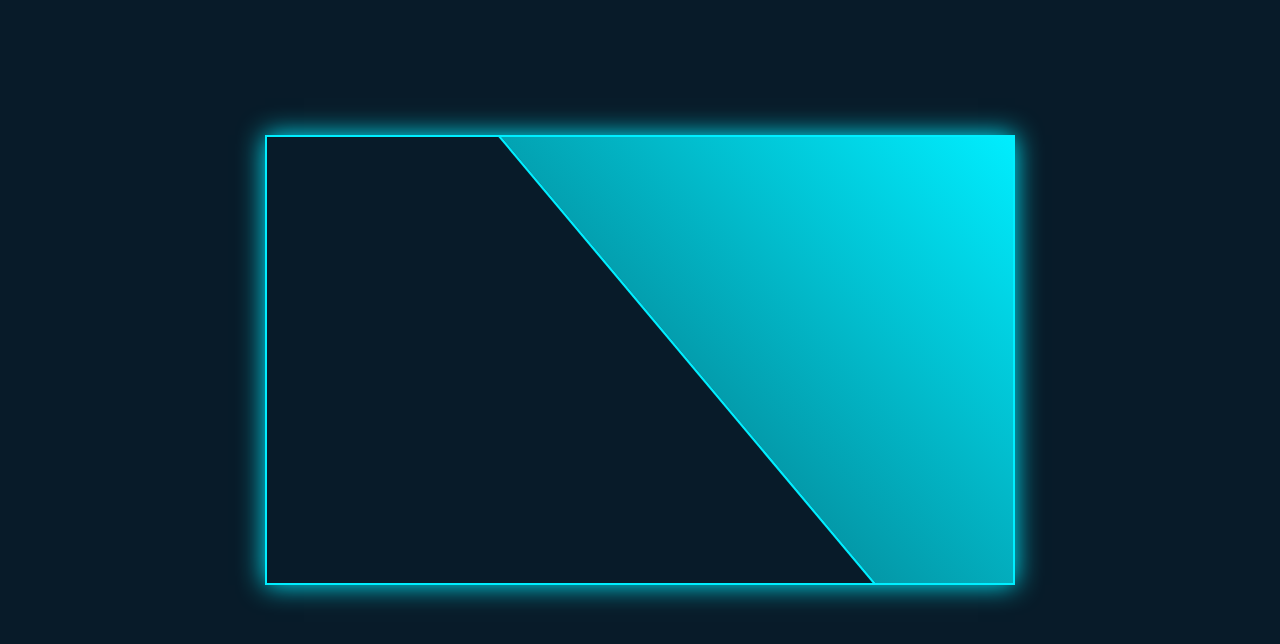
Repository: swastikjhacoder/Login-Registration-HTML
Page: index.html
An editor plug-in stored every save of this project. The page is shown before and after a run of saves, followed by the edit.
The browser window is 1280 px wide. The pictures show the whole page.

Above is the page before, as saved 2023-09-18 15:54:02.
Not found: js/toastify.js

### index.html
<!DOCTYPE html>
<html lang="en">
  <head>
    <meta charset="UTF-8" />
    <meta http-equiv="X-UA-Compatible" content="IE=edge" />
    <meta name="viewport" content="width=device-width, initial-scale=1.0" />
    <title>Login</title>
    <link rel="shortcut icon" href="./images/favicon.png" />
    <link rel="stylesheet" href="style.css" />
    <link href='https://unpkg.com/boxicons@2.1.4/css/boxicons.min.css' rel='stylesheet'>
    <script src="./js/toastify.js"></script>
  </head>
  <body>
    <div class="wrapper">
        <span class="bg-animate1"></span>
        <span class="bg-animate2"></span>
        <div class="form-box login">
            <h2>Login</h2>
            <form action="#">
                <div class="input-box">
                    <input type="text" required/>
                    <label>Username</label>
                    <i class='bx bxs-user'></i>
                </div>
                <div class="input-box">
                    <input type="password" required/>
                    <label>Password</label>
                    <i class='bx bxs-lock-alt' ></i>
                </div>
                <button type="submit" class="btn">Login</button>
                <div class="logreg-link">
                    <p>Don't have an account? <a href="#" class="register-link">Sign Up</a></p>
                </div>
            </form>
        </div>
        <div class="info-text login">
            <h2>Welcome Back!</h2>
            <p>Lorem ipsum dolor sit amet consectetur adipisicing elit. Veritatis, itaque.</p>
        </div>
    </div>

  </body>
</html>

### style.css
@import url('https://fonts.googleapis.com/css2?family=Poppins:ital,wght@0,100;0,200;0,300;0,400;0,500;0,600;0,700;0,800;0,900;1,400&display=swap');

* {
    margin: 0;
    padding: 0;
    box-sizing: border-box;
    font-family: 'Poppins', sans-serif;
}

body {
    display: flex;
    justify-content: center;
    align-items: center;
    min-height: 100vh;
    background: #081b29;
}

.wrapper {
    position: relative;
    width: 750px;
    height: 450px;
    background: transparent;
    border: 2px solid #0ef;
    box-shadow: 0 0 25px #0ef;
    overflow: hidden;
}

.wrapper .form-box {
    position: absolute;
    top: 0;
    width: 50%;
    height: 100%;
    display: flex;
    flex-direction: column;
    justify-content: center;
}

.wrapper .form-box.login {
    left: 0;
    padding: 0 60px 0 40px;
    display: none;
}

.form-box h2 {
    font-size: 32px;
    color: #fff;
    text-align: center;
}

.form-box .input-box {
    position: relative;
    width: 100%;
    height: 50px;
    margin: 25px 0;
}

.input-box input {
    width: 100%;
    height: 100%;
    background: transparent;
    border: none;
    outline: none;
    border-bottom: 2px solid #fff;
    padding-right: 23px;
    font-size: 16px;
    color: #fff;
    font-weight: 500;
    transition: .5s;
}

.input-box input:focus,
.input-box input:valid {
    border-bottom-color: #0ef;
}

.input-box label {
    position: absolute;
    top: 50%;
    left: 0;
    transform: translateY(-50%);
    font-size: 16px;
    color: #fff;
    pointer-events: none;
    transition: .5s;
}

.input-box input:focus~label,
.input-box input:valid~label {
    top: -5px;
    color: #0ef
}

.input-box i {
    position: absolute;
    top: 50%;
    right: 0;
    transform: translateY(-50%);
    font-size: 18px;
    color: #fff;
    transition: .5s;
}

.input-box input:focus~i,
.input-box input:valid~i {
    color: #0ef
}

.btn {
    position: relative;
    width: 100%;
    height: 45px;
    background: transparent;
    border: 2px solid #0ef;
    outline: none;
    border-radius: 40px;
    cursor: pointer;
    font-size: 16px;
    color: #fff;
    font-weight: 600;
    z-index: 1;
    overflow: hidden;
}

.btn::before {
    content: '';
    position: absolute;
    top: -100%;
    left: 0;
    width: 100%;
    height: 300%;
    background: linear-gradient(#081b29, #0ef, #081b29, #0ef);
    z-index: -1;
    transition: .5s;
}

.btn:hover::before {
    top: 0;
}

.form-box .logreg-link {
    font-size: 14.5px;
    color: #fff;
    text-align: center;
    margin: 20px 0 10px;
}

.logreg-link p a {
    color: #0ef;
    text-decoration: none;
    font-weight: 600;
}

.logreg-link p a:hover {
    text-decoration: underline;
}

.wrapper .info-text {
    position: absolute;
    top: 0;
    width: 50%;
    height: 100%;
    display: flex;
    flex-direction: column;
    justify-content: center;
}

.wrapper .info-text.login {
    right: 0;
    text-align: right;
    padding: 0 40px 60px 150px;
    display: none;
}

.info-text h2 {
    font-size: 36px;
    color: #fff;
    line-height: 1.3;
    text-transform: uppercase;
}

.info-text p {
    font-size: 16px;
    color: #fff;
}

.wrapper .bg-animate1 {
    position: absolute;
    top: -4px;
    right: 0;
    width: 850px;
    height: 600px;
    background: linear-gradient(45deg, #081b29, #0ef);
    border-bottom: 3px solid #0ef;
    /* transform: rotate(10deg) skewY(40deg); */
    transform: rotate(0) skewY(0);
    transform-origin: bottom right;
}

.wrapper .bg-animate2 {
    position: absolute;
    top: 100%;
    right: 250px;
    width: 850px;
    height: 700px;
    background: #081b29;
    border-top: 3px solid #0ef;
    transform: rotate(10deg) skewY(40deg);
    transform-origin: bottom right;
}

After the next 2 saves:
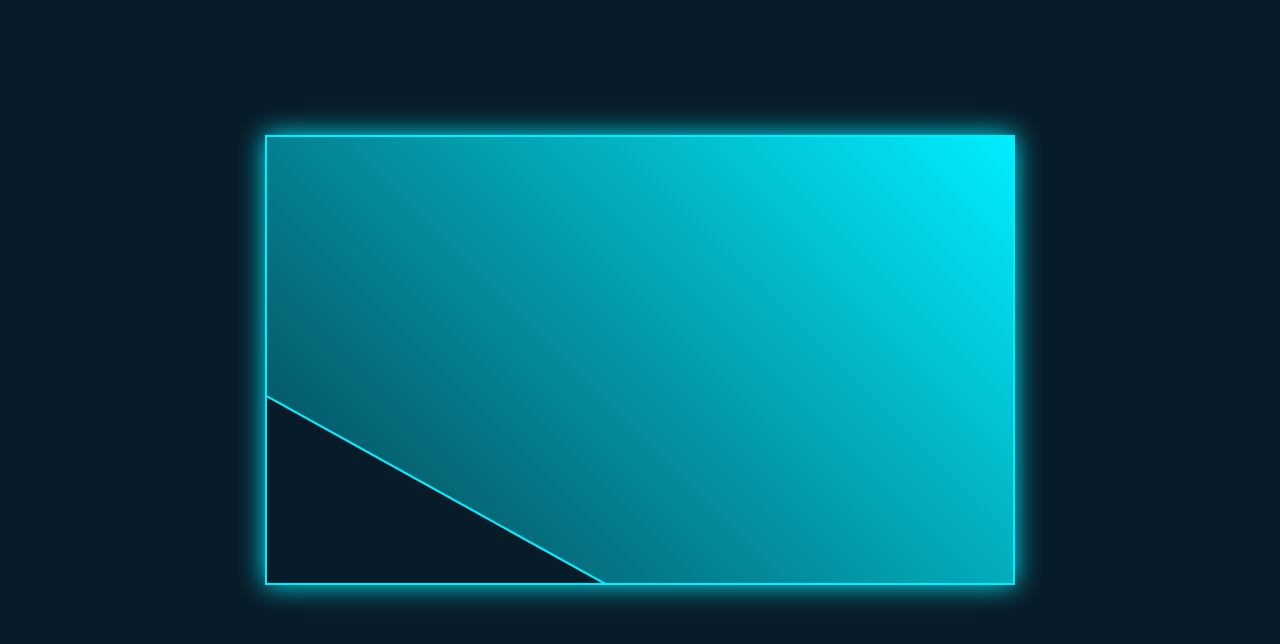
The 2 saves are shown as one change because they came seconds apart.
The last was saved 12 s later.
--- a/style.css
+++ b/style.css
@@ -204,6 +204,6 @@ body {
     height: 700px;
     background: #081b29;
     border-top: 3px solid #0ef;
-    transform: rotate(10deg) skewY(40deg);
+    transform: rotate(-11deg) skewY(40deg);
     transform-origin: bottom right;
 }
